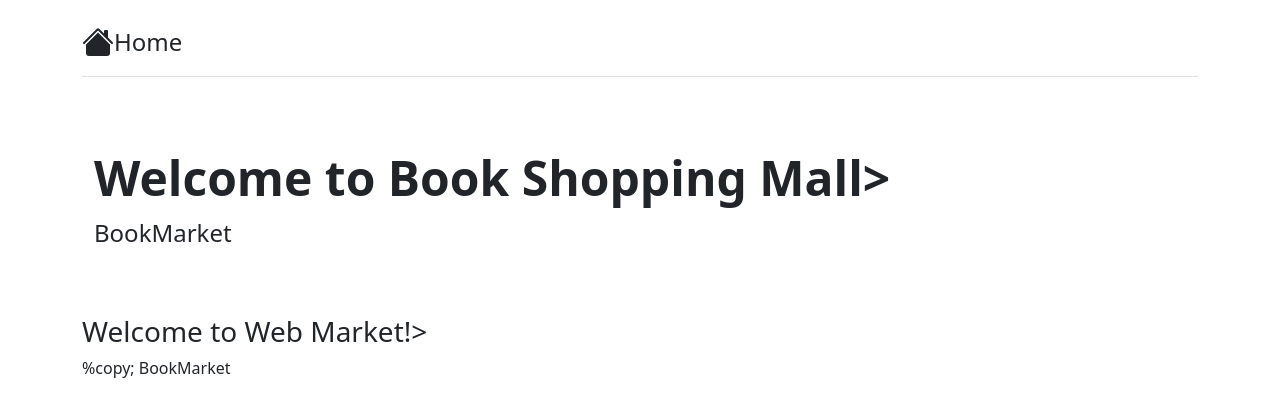
Repository: sanghyunlee7680/JSP-practice
Page: http://localhost/bookmarket/
The author's editor kept a copy of each file at every save. The page is drawn from the files as they stood at one save, then again after the next save.
The browser window is 1280 px wide. The pictures show the whole page.
The page is served by Tomcat 10.

Above is the page before, as saved 2024-10-08 02:31:17.

After the next save:
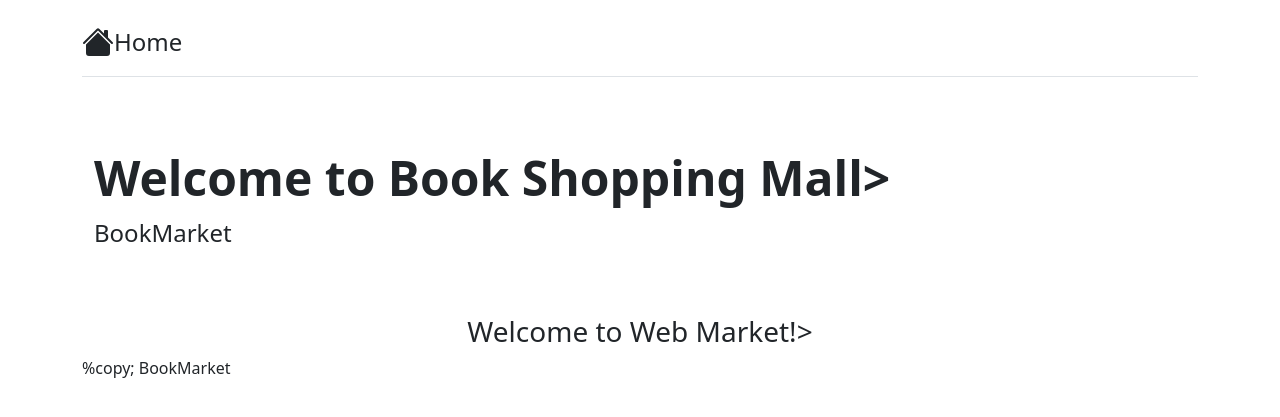
Saved 26 s later.
--- a/bookmarket/src/main/webapp/welcome.jsp
+++ b/bookmarket/src/main/webapp/welcome.jsp
@@ -26,7 +26,7 @@
 			<h1 class="display-5 fw-bold"><%=greeting  %>></h1>
 			<p class="col-md-8 fs-4">BookMarket</p>
 		</div>
-		<div>
+		<div class="row align-tiems-md-stretch text-center">
 			<div>
 				<div>
 					<h3><%=tagline  %>></h3>
